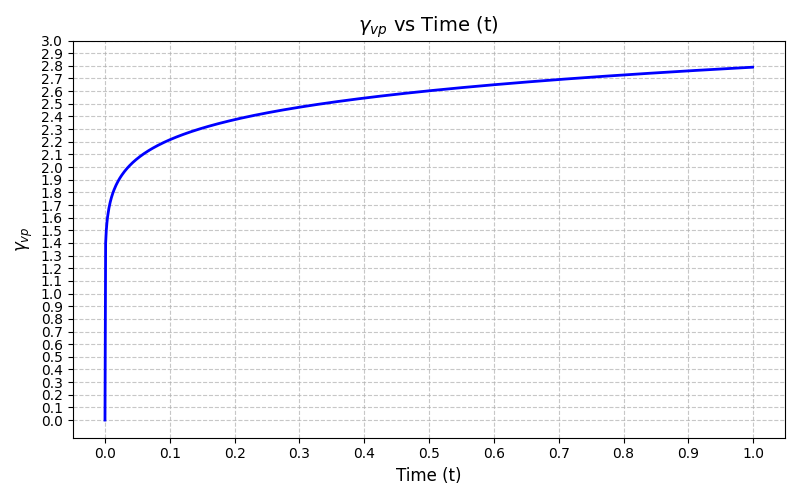
Repository: ajacquey/beaver
Script's output: python examples/viscoelasticity/Lemaitre/Lemaitre_analytical/Lemaitre_analytical.py
These files come from the project's save history. The script's output is drawn as it stood at one moment and after the next save; the edit follows.
Random numbers start from a fixed seed.

Above is the script's output before, as saved 2025-05-28 13:07:30.

After the next save:
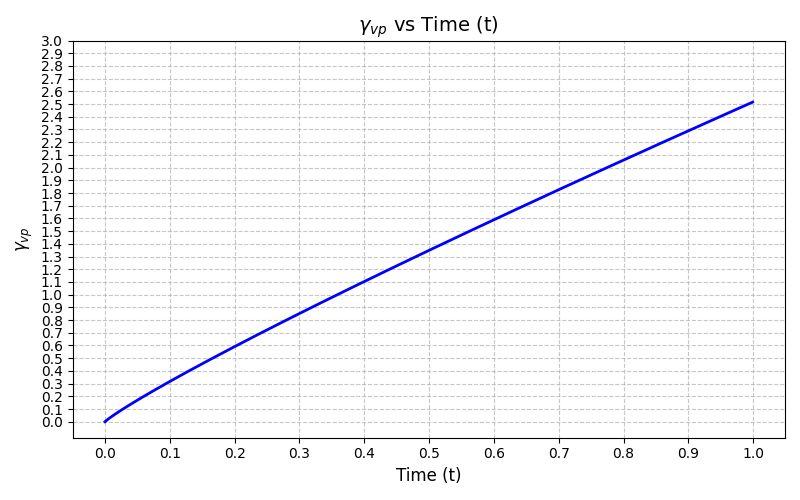
Saved 30 min 26 s later.
--- a/examples/viscoelasticity/Lemaitre/Lemaitre_analytical/Lemaitre_analytical.py
+++ b/examples/viscoelasticity/Lemaitre/Lemaitre_analytical/Lemaitre_analytical.py
@@ -9,7 +9,7 @@
     denominator = alpha
     first_term = (numerator / denominator) ** alpha
     second_term = (q / A_2) ** beta
-    return first_term * second_term * (t ** alpha)
+    return (first_term * second_term * (t ))** (1-alpha)
 
 # Time range from 0 to 1 with step 0.1
 t_values = np.arange(0, 1.0, 0.001)
